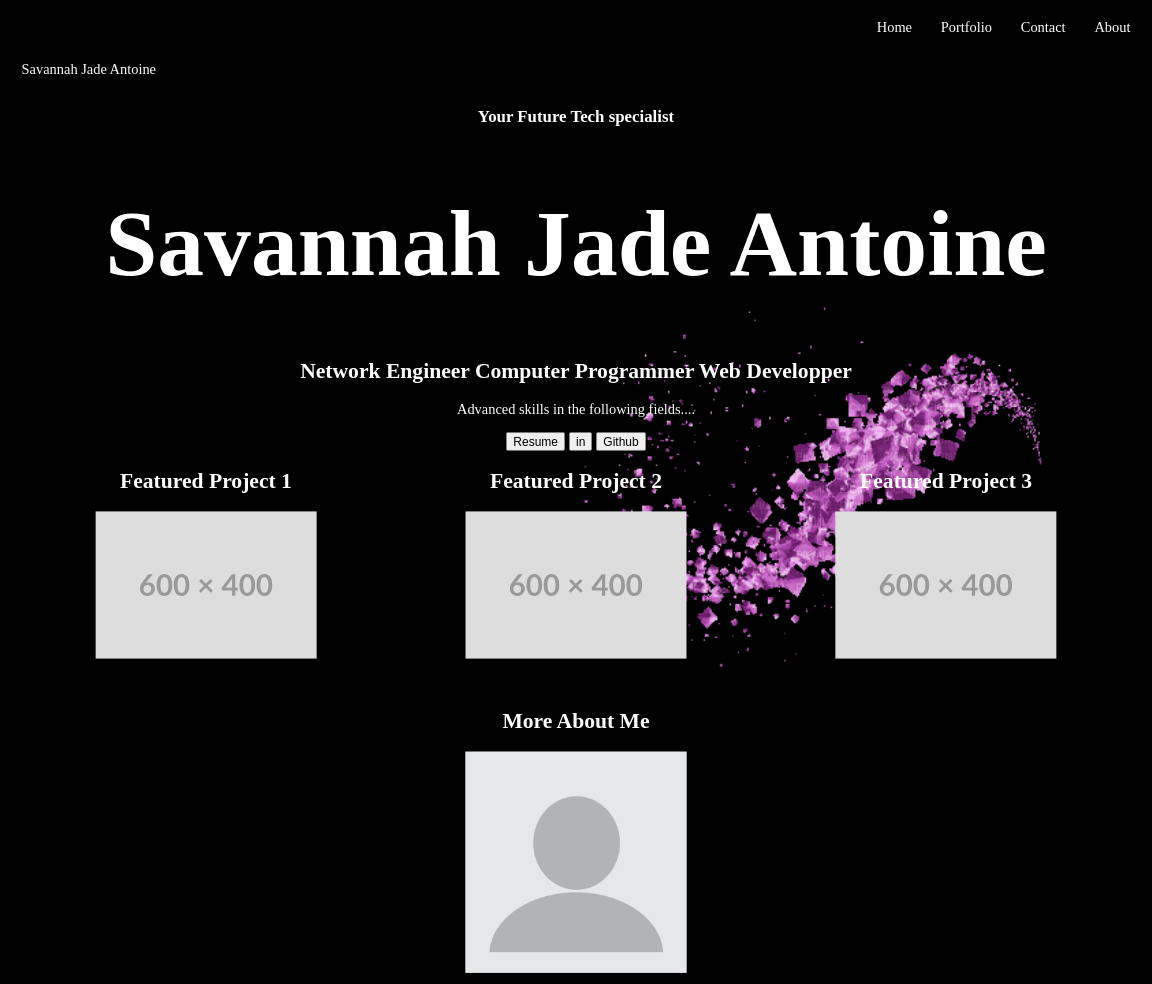
Repository: Savannah-Antoine/Savannah-Antoine
Page: index.html
These files come from the project's save history. The page is drawn as it stood at one moment and after the next save; the edit follows.
The browser window is 1280 px wide. The pictures show the whole page, at 90% of full size.

Above is the page before, as saved 2026-05-08 16:33:25.

After the next save:
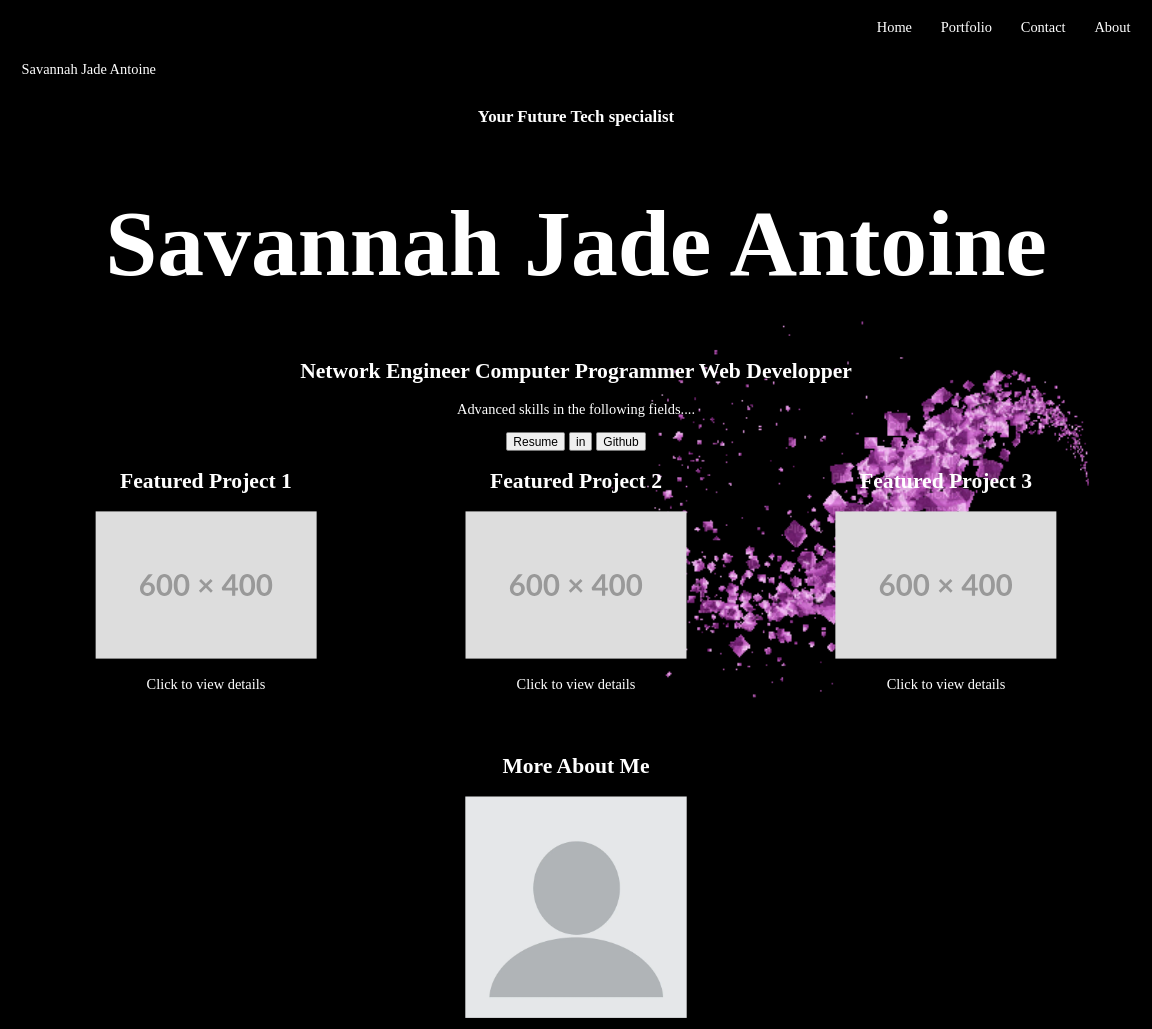
Saved 5 min 34 s later.
--- a/index.html
+++ b/index.html
@@ -34,21 +34,25 @@
 <section >
 <h2>Featured Project 1</h2>
 <img src = "./assets/images/placeholder1.svg" alt = "First Portfolio placeholder image" />
+<p>Click to view details</p>
 
 </section>
 
 <section>
 <h2>Featured Project 2</h2>
 <img src = "./assets/images/placeholder1.svg" alt = "Second Portfolio placeholder image" />
+<p>Click to view details</p>
 </section>
 <section>
 <h2>Featured Project 3</h2>
 <img src = "./assets/images/placeholder1.svg" alt = "Third Portfolio placeholder image" />
+<p>Click to view details</p>
 </section>
 
 <section>
 <h2>More About Me</h2>
 <img src = "./assets/images/profilepic.png" alt = "profile picture" />
+
 </section>
 
 </main>
